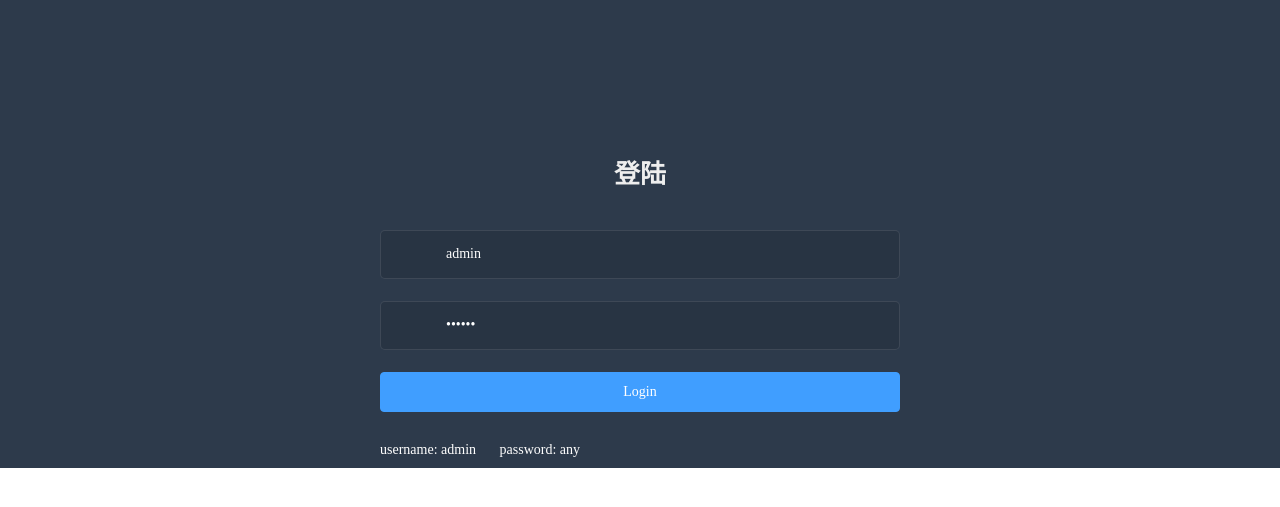
Repository: hongcheng-choi/yck-admin
Page: /
An editor plug-in stored every save of this project. The page is shown before and after the next save, followed by the edit.
The browser window is 1280 px wide. The pictures show the whole page.
The project was rebuilt for these pictures with package versions that can differ from the ones it lists, and the page was loaded fresh each time. Also part of the build but not shown: vue.config.js.

Above is the page before, as saved 2020-08-03 15:52:00.

### src/main.js
import Vue from 'vue'
import 'normalize.css/normalize.css' // reset css
import ElementUI from 'element-ui' // 引入elemtnui
import 'element-ui/lib/theme-chalk/index.css'
import App from './App.vue'
import router from './router'
import store from './store'

Vue.use(ElementUI)
Vue.config.productionTip = false

new Vue({
  router,
  store,
  render: h => h(App)
}).$mount('#app')

### src/router/index.js
import Vue from 'vue'
import Router from 'vue-router'

Vue.use(Router)

/* Layout */
// import Layout from '@/layout'

/**
 * Note: sub-menu only appear when route children.length >= 1
 * Detail see: https://panjiachen.github.io/vue-element-admin-site/guide/essentials/router-and-nav.html
 *
 * hidden: true                   if set true, item will not show in the sidebar(default is false)
 * alwaysShow: true               if set true, will always show the root menu
 *                                if not set alwaysShow, when item has more than one children route,
 *                                it will becomes nested mode, otherwise not show the root menu
 * redirect: noRedirect           if set noRedirect will no redirect in the breadcrumb
 * name:'router-name'             the name is used by <keep-alive> (must set!!!)
 * meta : {
    roles: ['admin','editor']    control the page roles (you can set multiple roles)
    title: 'title'               the name show in sidebar and breadcrumb (recommend set)
    icon: 'svg-name'/'el-icon-x' the icon show in the sidebar
    breadcrumb: false            if set false, the item will hidden in breadcrumb(default is true)
    activeMenu: '/example/list'  if set path, the sidebar will highlight the path you set
  }
 */

/**
 * constantRoutes
 * a base page that does not have permission requirements
 * all roles can be accessed
 */
export const constantRoutes = [
  {
    path: '/',
    component: () => import('@/views/login/index'),
    hidden: true
  }
]

const createRouter = () => new Router({
  // mode: 'history', // require service support
  scrollBehavior: () => ({ y: 0 }),
  routes: constantRoutes
})

const router = createRouter()

export function resetRouter() {
  const newRouter = createRouter()
  router.matcher = newRouter.matcher // reset router
}

export default router

### src/views/login/index.vue
<template>
  <div class="login-container">
    <el-form
      ref="loginForm"
      :model="loginForm"
      :rules="loginRules"
      class="login-form"
      auto-complete="on"
      label-position="left"
    >
      <div class="title-container">
        <h3 class="title">登陆</h3>
      </div>
      <el-form-item prop="username">
        <span class="svg-container">
          <svg-icon icon-class="user" />
        </span>
        <el-input
          ref="username"
          v-model="loginForm.username"
          placeholder="Username"
          name="username"
          type="text"
          tabindex="1"
          auto-complete="on"
        />
      </el-form-item>

      <el-form-item prop="password">
        <span class="svg-container">
          <svg-icon icon-class="password" />
        </span>
        <el-input
          :key="passwordType"
          ref="password"
          v-model="loginForm.password"
          :type="passwordType"
          placeholder="Password"
          name="password"
          tabindex="2"
          auto-complete="on"
          @keyup.enter.native="handleLogin"
        />
        <span
          class="show-pwd"
          @click="showPwd"
        >
          <svg-icon :icon-class="passwordType === 'password' ? 'eye' : 'eye-open'" />
        </span>
      </el-form-item>

      <el-button
        :loading="loading"
        type="primary"
        style="width:100%;margin-bottom:30px;"
        @click.native.prevent="handleLogin"
      >Login</el-button>

      <div class="tips">
        <span style="margin-right:20px;">username: admin</span>
        <span> password: any</span>
      </div>

    </el-form>
  </div>
</template>

<script>
import { validUsername } from '@/utils/validate'

export default {
  name: 'Login',
  data() {
    const validateUsername = (rule, value, callback) => {
      if (!validUsername(value)) {
        callback(new Error('Please enter the correct user name'))
      } else {
        callback()
      }
    }
    const validatePassword = (rule, value, callback) => {
      if (value.length < 6) {
        callback(new Error('The password can not be less than 6 digits'))
      } else {
        callback()
      }
    }
    return {
      loginForm: {
        username: 'admin',
        password: '111111'
      },
      loginRules: {
        username: [{ required: true, trigger: 'blur', validator: validateUsername }],
        password: [{ required: true, trigger: 'blur', validator: validatePassword }]
      },
      loading: false,
      passwordType: 'password',
      redirect: undefined
    }
  },
  watch: {
    $route: {
      handler: function(route) {
        this.redirect = route.query && route.query.redirect
      },
      immediate: true
    }
  },
  methods: {
    showPwd() {
      if (this.passwordType === 'password') {
        this.passwordType = ''
      } else {
        this.passwordType = 'password'
      }
      this.$nextTick(() => {
        this.$refs.password.focus()
      })
    },
    handleLogin() {
      this.$refs.loginForm.validate(valid => {
        if (valid) {
          this.loading = true
          this.$store.dispatch('user/login', this.loginForm).then(() => {
            this.$router.push({ path: this.redirect || '/' })
            this.loading = false
          }).catch(() => {
            this.loading = false
          })
        } else {
          console.log('error submit!!')
          return false
        }
      })
    }
  }
}
</script>

<style lang="scss">
/* 修复input 背景不协调 和光标变色 */
/* Detail see https://github.com/PanJiaChen/vue-element-admin/pull/927 */

$bg: #283443;
$light_gray: #fff;
$cursor: #fff;

@supports (-webkit-mask: none) and (not (cater-color: $cursor)) {
  .login-container .el-input input {
    color: $cursor;
  }
}

/* reset element-ui css */
.login-container {
  .el-input {
    display: inline-block;
    height: 47px;
    width: 85%;

    input {
      background: transparent;
      border: 0px;
      -webkit-appearance: none;
      border-radius: 0px;
      padding: 12px 5px 12px 15px;
      color: $light_gray;
      height: 47px;
      caret-color: $cursor;

      &:-webkit-autofill {
        box-shadow: 0 0 0px 1000px $bg inset !important;
        -webkit-text-fill-color: $cursor !important;
      }
    }
  }

  .el-form-item {
    border: 1px solid rgba(255, 255, 255, 0.1);
    background: rgba(0, 0, 0, 0.1);
    border-radius: 5px;
    color: #454545;
  }
}
</style>

<style lang="scss" scoped>
$bg: #2d3a4b;
$dark_gray: #889aa4;
$light_gray: #eee;

.login-container {
  min-height: 100%;
  width: 100%;
  background-color: $bg;
  overflow: hidden;

  .login-form {
    position: relative;
    width: 520px;
    max-width: 100%;
    padding: 160px 35px 0;
    margin: 0 auto;
    overflow: hidden;
  }

  .tips {
    font-size: 14px;
    color: #fff;
    margin-bottom: 10px;

    span {
      &:first-of-type {
        margin-right: 16px;
      }
    }
  }

  .svg-container {
    padding: 6px 5px 6px 15px;
    color: $dark_gray;
    vertical-align: middle;
    width: 30px;
    display: inline-block;
  }

  .title-container {
    position: relative;

    .title {
      font-size: 26px;
      color: $light_gray;
      margin: 0px auto 40px auto;
      text-align: center;
      font-weight: bold;
    }
  }

  .show-pwd {
    position: absolute;
    right: 10px;
    top: 7px;
    font-size: 16px;
    color: $dark_gray;
    cursor: pointer;
    user-select: none;
  }
}
</style>

### src/store/modules/app.js
import Cookies from 'js-cookie'

const state = {
  sidebar: {
    opened: Cookies.get('sidebarStatus') ? !!+Cookies.get('sidebarStatus') : true,
    withoutAnimation: false
  },
  device: 'desktop'
}

const mutations = {
  TOGGLE_SIDEBAR: state => {
    state.sidebar.opened = !state.sidebar.opened
    state.sidebar.withoutAnimation = false
    if (state.sidebar.opened) {
      Cookies.set('sidebarStatus', 1)
    } else {
      Cookies.set('sidebarStatus', 0)
    }
  },
  CLOSE_SIDEBAR: (state, withoutAnimation) => {
    Cookies.set('sidebarStatus', 0)
    state.sidebar.opened = false
    state.sidebar.withoutAnimation = withoutAnimation
  },
  TOGGLE_DEVICE: (state, device) => {
    state.device = device
  }
}

const actions = {
  toggleSideBar({ commit }) {
    commit('TOGGLE_SIDEBAR')
  },
  closeSideBar({ commit }, { withoutAnimation }) {
    commit('CLOSE_SIDEBAR', withoutAnimation)
  },
  toggleDevice({ commit }, device) {
    commit('TOGGLE_DEVICE', device)
  }
}

export default {
  namespaced: true,
  state,
  mutations,
  actions
}

### src/store/modules/user.js
import { login, logout, getInfo } from '@/api/user'
import { getToken, setToken, removeToken } from '@/utils/auth'
import { resetRouter } from '@/router'

const getDefaultState = () => {
  return {
    token: getToken(),
    name: '',
    avatar: ''
  }
}

const state = getDefaultState()

const mutations = {
  RESET_STATE: (state) => {
    Object.assign(state, getDefaultState())
  },
  SET_TOKEN: (state, token) => {
    state.token = token
  },
  SET_NAME: (state, name) => {
    state.name = name
  },
  SET_AVATAR: (state, avatar) => {
    state.avatar = avatar
  }
}

const actions = {
  // user login
  login({ commit }, userInfo) {
    const { username, password } = userInfo
    return new Promise((resolve, reject) => {
      login({ username: username.trim(), password: password }).then(response => {
        const { data } = response
        commit('SET_TOKEN', data.token)
        setToken(data.token)
        resolve()
      }).catch(error => {
        reject(error)
      })
    })
  },

  // get user info
  getInfo({ commit, state }) {
    return new Promise((resolve, reject) => {
      getInfo(state.token).then(response => {
        const { data } = response

        if (!data) {
          return reject('Verification failed, please Login again.')
        }

        const { name, avatar } = data

        commit('SET_NAME', name)
        commit('SET_AVATAR', avatar)
        resolve(data)
      }).catch(error => {
        reject(error)
      })
    })
  },

  // user logout
  logout({ commit, state }) {
    return new Promise((resolve, reject) => {
      logout(state.token).then(() => {
        removeToken() // must remove  token  first
        resetRouter()
        commit('RESET_STATE')
        resolve()
      }).catch(error => {
        reject(error)
      })
    })
  },

  // remove token
  resetToken({ commit }) {
    return new Promise(resolve => {
      removeToken() // must remove  token  first
      commit('RESET_STATE')
      resolve()
    })
  }
}

export default {
  namespaced: true,
  state,
  mutations,
  actions
}

### src/utils/validate.js
/**
 * @Descripttion: 验证JS
 *
 * Created by caihongcheng on 30/07/2020.
 */

/**
 * @param {string} path
 * @returns {Boolean}
 */
export function isExternal(path) {
    return /^(https?:|mailto:|tel:)/.test(path)
}

/**
 * @param {string} str
 * @returns {Boolean}
 */
export function validUsername(str) {
    const valid_map = ['admin', 'editor']
    return valid_map.indexOf(str.trim()) >= 0
}

### src/settings.js
module.exports = {

    title: 'Youcku Admin',

    /**
     * @type {boolean} true | false
     * @description 是否固定头部
     */
    fixedHeader: false,

    /**
     * @type {boolean} true | false
     * @description  是否显示logo
     */
    sidebarLogo: false
  }

### src/styles/index.scss
@import './variables.scss';
@import './mixin.scss';
@import './transition.scss';
@import './element-ui.scss';
@import './sidebar.scss';

body {
  height: 100%;
  -moz-osx-font-smoothing: grayscale;
  -webkit-font-smoothing: antialiased;
  text-rendering: optimizeLegibility;
  font-family: Helvetica Neue, Helvetica, PingFang SC, Hiragino Sans GB, Microsoft YaHei, Arial, sans-serif;
}

label {
  font-weight: 700;
}

html {
  height: 100%;
  box-sizing: border-box;
}

#app {
  height: 100%;
}

*,
*:before,
*:after {
  box-sizing: inherit;
}

a:focus,
a:active {
  outline: none;
}

a,
a:focus,
a:hover {
  cursor: pointer;
  color: inherit;
  text-decoration: none;
}

div:focus {
  outline: none;
}

.clearfix {
  &:after {
    visibility: hidden;
    display: block;
    font-size: 0;
    content: " ";
    clear: both;
    height: 0;
  }
}

// main-container global css
.app-container {
  padding: 20px;
}

### src/styles/transition.scss
// global transition css

/* fade */
.fade-enter-active,
.fade-leave-active {
  transition: opacity 0.28s;
}

.fade-enter,
.fade-leave-active {
  opacity: 0;
}

/* fade-transform */
.fade-transform-leave-active,
.fade-transform-enter-active {
  transition: all .5s;
}

.fade-transform-enter {
  opacity: 0;
  transform: translateX(-30px);
}

.fade-transform-leave-to {
  opacity: 0;
  transform: translateX(30px);
}

/* breadcrumb transition */
.breadcrumb-enter-active,
.breadcrumb-leave-active {
  transition: all .5s;
}

.breadcrumb-enter,
.breadcrumb-leave-active {
  opacity: 0;
  transform: translateX(20px);
}

.breadcrumb-move {
  transition: all .5s;
}

.breadcrumb-leave-active {
  position: absolute;
}

### src/styles/sidebar.scss
#app {

  .main-container {
    min-height: 100%;
    transition: margin-left .28s;
    margin-left: $sideBarWidth;
    position: relative;
  }

  .sidebar-container {
    transition: width 0.28s;
    width: $sideBarWidth !important;
    background-color: $menuBg;
    height: 100%;
    position: fixed;
    font-size: 0px;
    top: 0;
    bottom: 0;
    left: 0;
    z-index: 1001;
    overflow: hidden;

    // reset element-ui css
    .horizontal-collapse-transition {
      transition: 0s width ease-in-out, 0s padding-left ease-in-out, 0s padding-right ease-in-out;
    }

    .scrollbar-wrapper {
      overflow-x: hidden !important;
    }

    .el-scrollbar__bar.is-vertical {
      right: 0px;
    }

    .el-scrollbar {
      height: 100%;
    }

    &.has-logo {
      .el-scrollbar {
        height: calc(100% - 50px);
      }
    }

    .is-horizontal {
      display: none;
    }

    a {
      display: inline-block;
      width: 100%;
      overflow: hidden;
    }

    .svg-icon {
      margin-right: 16px;
    }

    .sub-el-icon {
      margin-right: 12px;
      margin-left: -2px;
    }

    .el-menu {
      border: none;
      height: 100%;
      width: 100% !important;
    }

    // menu hover
    .submenu-title-noDropdown,
    .el-submenu__title {
      &:hover {
        background-color: $menuHover !important;
      }
    }

    .is-active>.el-submenu__title {
      color: $subMenuActiveText !important;
    }

    & .nest-menu .el-submenu>.el-submenu__title,
    & .el-submenu .el-menu-item {
      min-width: $sideBarWidth !important;
      background-color: $subMenuBg !important;

      &:hover {
        background-color: $subMenuHover !important;
      }
    }
  }

  .hideSidebar {
    .sidebar-container {
      width: 54px !important;
    }

    .main-container {
      margin-left: 54px;
    }

    .submenu-title-noDropdown {
      padding: 0 !important;
      position: relative;

      .el-tooltip {
        padding: 0 !important;

        .svg-icon {
          margin-left: 20px;
        }

        .sub-el-icon {
          margin-left: 19px;
        }
      }
    }

    .el-submenu {
      overflow: hidden;

      &>.el-submenu__title {
        padding: 0 !important;

        .svg-icon {
          margin-left: 20px;
        }

        .sub-el-icon {
          margin-left: 19px;
        }

        .el-submenu__icon-arrow {
          display: none;
        }
      }
    }

    .el-menu--collapse {
      .el-submenu {
        &>.el-submenu__title {
          &>span {
            height: 0;
            width: 0;
            overflow: hidden;
            visibility: hidden;
            display: inline-block;
          }
        }
      }
    }
  }

  .el-menu--collapse .el-menu .el-submenu {
    min-width: $sideBarWidth !important;
  }

  // mobile responsive
  .mobile {
    .main-container {
      margin-left: 0px;
    }

    .sidebar-container {
      transition: transform .28s;
      width: $sideBarWidth !important;
    }

    &.hideSidebar {
      .sidebar-container {
        pointer-events: none;
        transition-duration: 0.3s;
        transform: translate3d(-$sideBarWidth, 0, 0);
      }
    }
  }

  .withoutAnimation {

    .main-container,
    .sidebar-container {
      transition: none;
    }
  }
}

// when menu collapsed
.el-menu--vertical {
  &>.el-menu {
    .svg-icon {
      margin-right: 16px;
    }
    .sub-el-icon {
      margin-right: 12px;
      margin-left: -2px;
    }
  }

  .nest-menu .el-submenu>.el-submenu__title,
  .el-menu-item {
    &:hover {
      // you can use $subMenuHover
      background-color: $menuHover !important;
    }
  }

  // the scroll bar appears when the subMenu is too long
  >.el-menu--popup {
    max-height: 100vh;
    overflow-y: auto;

    &::-webkit-scrollbar-track-piece {
      background: #d3dce6;
    }

    &::-webkit-scrollbar {
      width: 6px;
    }

    &::-webkit-scrollbar-thumb {
      background: #99a9bf;
      border-radius: 20px;
    }
  }
}

Loaded but not shown: public/index.html (common file); src/App.vue (common file); src/store/index.js (common file); src/store/getters.js (common file); src/store/modules/settings.js (common file); src/api/user.js (common file); src/utils/auth.js (common file); src/styles/variables.scss (common file); src/styles/mixin.scss (common file); src/styles/element-ui.scss (common file); src/utils/request.js (no copy from this time; the picture is the same without it)

After the next save:
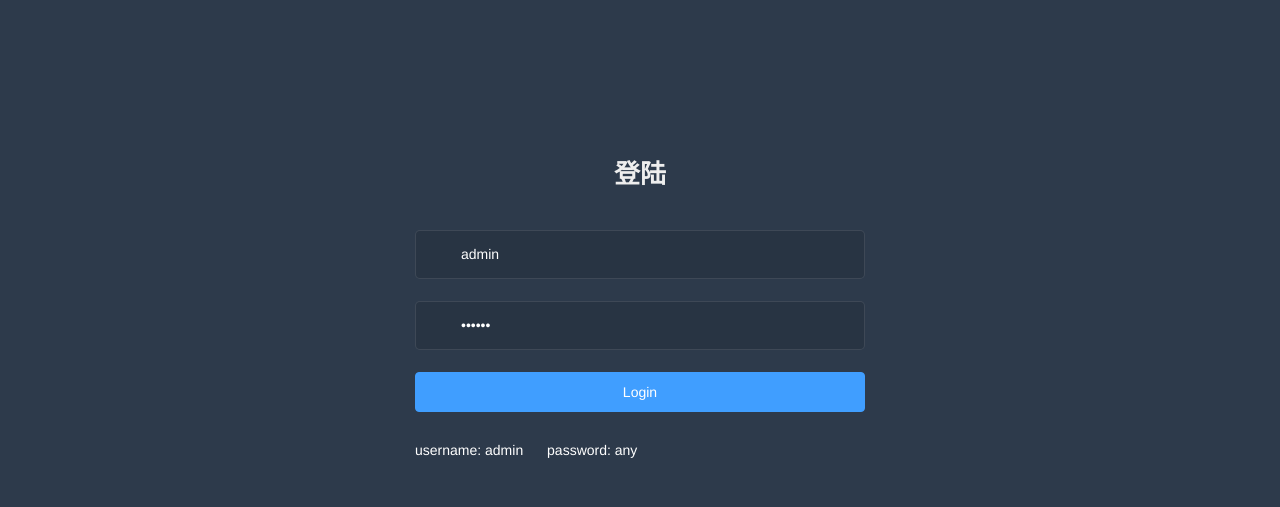
Saved 5 min 59 s later.
--- a/src/main.js
+++ b/src/main.js
@@ -2,6 +2,7 @@ import Vue from 'vue'
 import 'normalize.css/normalize.css' // reset css
 import ElementUI from 'element-ui' // 引入elemtnui
 import 'element-ui/lib/theme-chalk/index.css'
+import '@/styles/index.scss' // global css
 import App from './App.vue'
 import router from './router'
 import store from './store'
